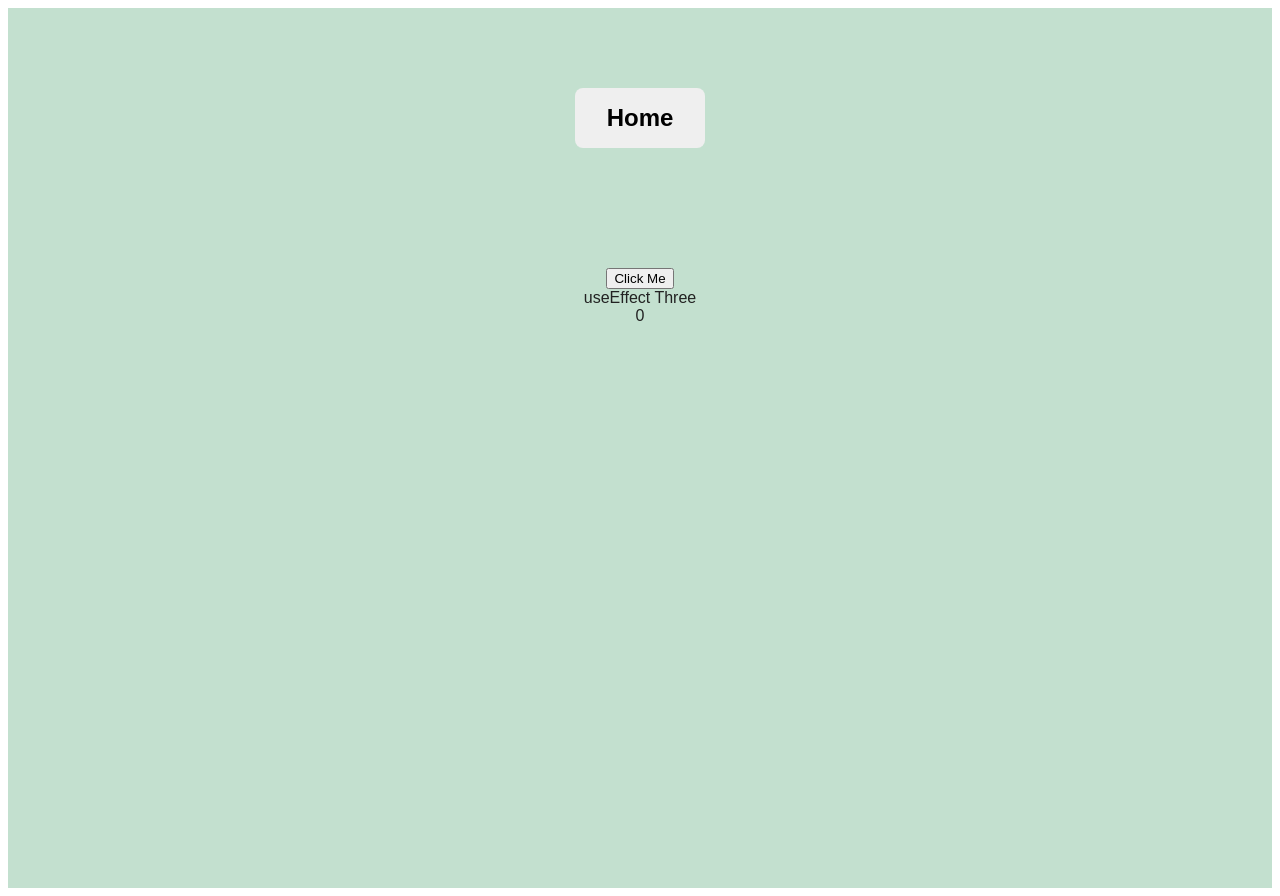
Repository: giovanabirck/class8
Page: /useEffectThree
These files come from the project's save history. The page is drawn as it stood at one moment and after a run of saves; the edit follows.
The browser window is 1280 px wide. The pictures show the whole page.
The project was rebuilt for these pictures with package versions that can differ from the ones it lists, and the page was loaded fresh each time. The framework's server and built-in components were replaced by stand-ins that run in the browser. Also part of the build but not shown: next.config.js.

Above is the page before, as saved 2023-02-23 18:13:27.

After the next 2 saves:
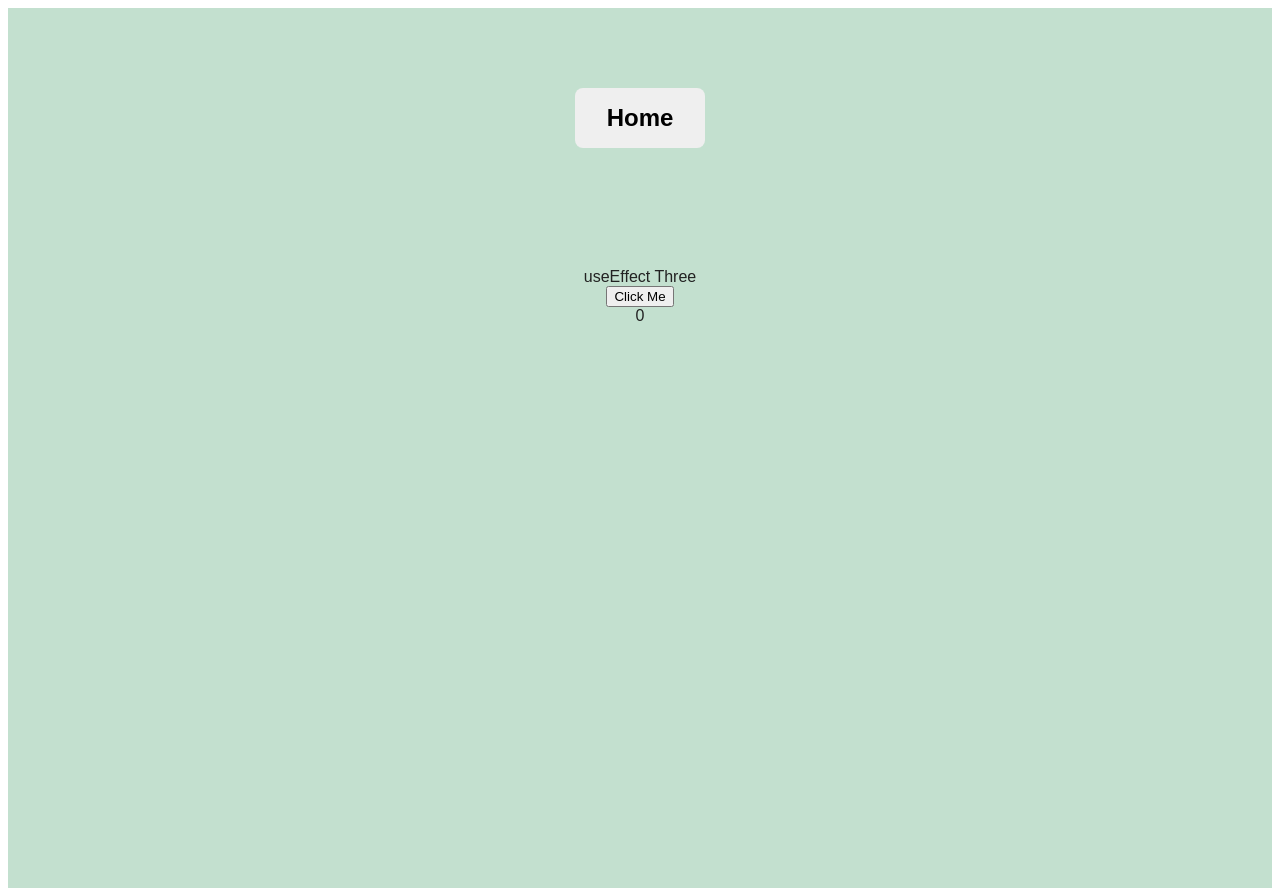
The 2 saves are shown as one change because they came seconds apart.
The last was saved 9 s later.
--- a/pages/useEffectThree.js
+++ b/pages/useEffectThree.js
@@ -24,12 +24,13 @@ export default function useEffectThree() {
                 </div>
 
                 <div>
+                    useEffect Three
+                </div>
+
+                <div>
                     <button onClick={() => setNumber(number + 1)}>Click Me</button>
                 </div>
 
-                <div>
-                    useEffect Three
-                </div>
                 <div>
                     {value}
                 </div>
